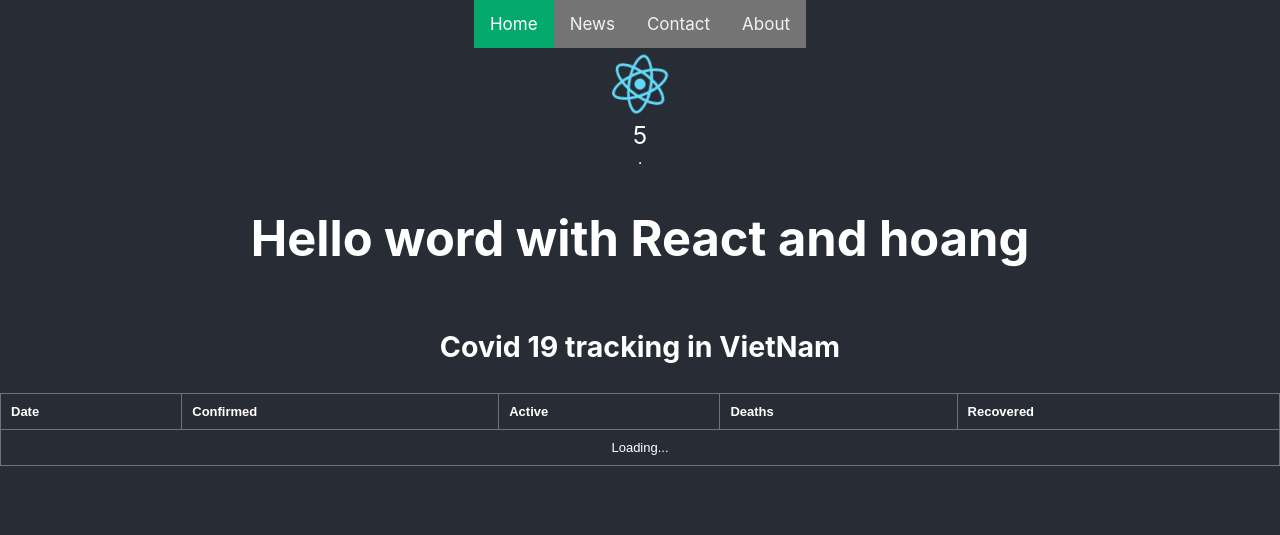
Repository: hoang0508/ReactJsHookBasic
Page: /todo
An editor plug-in stored every save of this project. The page is shown before and after a run of saves, followed by the edit.
The browser window is 1280 px wide. The pictures show the whole page.
The page's requests for data from a server got no answer. The project was rebuilt for these pictures with package versions that can differ from the ones it lists, and the page was loaded fresh each time. No one was signed in, and anything a server would have sent is missing. Also part of the build but not shown: src/views/Todo.js.

Above is the page before, as saved 2021-11-14 22:11:54.

### src/App.js
import logo from "./logo.svg";
import "./App.css";
import Nav from "./views/Nav";
import { useState, useEffect } from "react";
import Todo from "./views/Todo";
import Covid from "./views/covid";
import { Countdown, newCountDown } from "./views/Countdown";
// template + logic
// JSX
// babel
function App() {
  // state
  // let name = "Hoang";
  // useState (hook)
  let [name, setName] = useState("hoang");
  const [address, setAddress] = useState("");
  const [todos, setTodos] = useState([
    { id: "todo1", title: "My school EPU", type: "hoang" },
    { id: "todo2", title: "Doing homework", type: "huy" },
  ]);

  // didmount
  useEffect(() => {
    console.log("run use effect");
  }, [address]);

  useEffect(() => {
    console.log("run use effect todo");
  }, [todos]);

  const handleEventClick = (event) => {
    // setName(address); // setName re render
    // console.log("click me", name);
    // hook not merge state
    if (!address) {
      alert("empty input");
      return;
    }
    let newTodo = {
      id: Math.floor(Math.random() * 1000),
      title: address,
      type: "hoang",
    };
    setTodos([...todos, newTodo]); // spread
    setAddress("");
  };
  const handleOnchangeInput = (event) => {
    setAddress(event.target.value);
    // console.log(event.target.value);
  };
  const deleteDataTodo = (id) => {
    let currentTodos = todos;
    currentTodos = currentTodos.filter((item) => item.id !== id);
    setTodos(currentTodos);
  };

  const onTimesup = () => {
    alert("times up");
  };
  return (
    <div className="App">
      <header className="App-header">
        <Nav />
        <img src={logo} className="App-logo" alt="logo" />
        <Countdown onTimesup={onTimesup} />
        <hr />
        <newCountDown />
        <h1>Hello word with React and {name}</h1>
        <Covid />
        {/* <Todo
          todos={todos}
          title={"All todos"}
          deleteDataTodo={deleteDataTodo}
        />
        <Todo
          todos={todos.filter((item) => item.type === "hoang")}
          title={"Hoang's todo"}
          deleteDataTodo={deleteDataTodo}
        />
        <input
          type="text"
          value={address}
          onChange={(event) => handleOnchangeInput(event)}
        />
        <button type="button" onClick={(event) => handleEventClick(event)}>
          Click me
        </button> */}
      </header>
    </div>
  );
}

export default App;

### src/App.css
.App {
  text-align: center;
}

.App-logo {
  height: 10vmin;
  pointer-events: none;
}

@media (prefers-reduced-motion: no-preference) {
  .App-logo {
    animation: App-logo-spin infinite 20s linear;
  }
}

.App-header {
  background-color: #282c34;
  min-height: 100vh;
  display: flex;
  flex-direction: column;
  align-items: center;
  /* justify-content: center; */
  font-size: calc(10px + 2vmin);
  color: white;
}

.App-link {
  color: #61dafb;
}

@keyframes App-logo-spin {
  from {
    transform: rotate(0deg);
  }
  to {
    transform: rotate(360deg);
  }
}

table {
  font-family: arial, sans-serif;
  border-collapse: collapse;
  width: 100%;
  font-size: 13px;
}

td,
th {
  border: 1px solid #747171;
  text-align: left;
  padding: 10px;
}

tr:nth-child(even) {
  background-color: #545454;
}

### src/views/Nav.js
import "./Nav.scss";
const Nav = () => {
  return (
    <div className="topnav">
      <a className="active" href="#home">
        Home
      </a>
      <a href="#news">News</a>
      <a href="#contact">Contact</a>
      <a href="#about">About</a>
    </div>
  );
};

export default Nav;

### src/views/covid.js
import moment from "moment";
import { useEffect, useState } from "react";
import useFetch from "../customize/fetch";
const Covid = () => {
  const today = new Date(new Date().setHours(0, 0, 0, 0));
  const priorDate = moment().subtract(31, "days");
  const {
    data: dataCovid,
    isloading,
    isError,
  } = useFetch(
    `https://api.covid19api.com/country/vietnam?from=${priorDate.toISOString()}&to=${today.toISOString()}`
  );
  return (
    <>
      <h3>Covid 19 tracking in VietNam</h3>
      <table>
        <thead>
          <tr>
            <th>Date</th>
            <th>Confirmed</th>
            <th>Active</th>
            <th>Deaths</th>
            <th>Recovered</th>
          </tr>
        </thead>
        <tbody>
          {isError === false &&
            isloading === false &&
            dataCovid &&
            dataCovid.length > 0 &&
            dataCovid.map((item) => {
              return (
                <tr key={item.ID}>
                  <td>{item.Date}</td>
                  <td>{item.Confirmed}</td>
                  <td>{item.Active}</td>
                  <td>{item.Deaths}</td>
                  <td>{item.Recovered}</td>
                </tr>
              );
            })}

          {isloading === true && (
            <tr>
              <td colSpan="5" style={{ textAlign: "center" }}>
                Loading...
              </td>
            </tr>
          )}

          {isError === true && (
            <tr>
              <td colSpan="5" style={{ textAlign: "center" }}>
                Something wrong ...
              </td>
            </tr>
          )}
        </tbody>
      </table>
    </>
  );
};

export default Covid;

### src/views/Countdown.js
import React from "react";
class Countdown extends React.Component {
  state = {
    count: 10,
  };
  componentDidMount() {
    // setTimeout(() => {
    //   console.log("me");
    // }, 1000);

    this.timer = setInterval(() => {
      this.setState({
        count: this.state.count - 1,
      });
    }, 1000);
  }
  componentDidUpdate(prevProps, prevState) {
    if (prevState !== this.state.count && this.state.count === 0) {
      if (this.timer) {
        clearInterval(this.timer);
        this.props.onTimesup();
      }
    }
  }
  render() {
    return <div>{this.state.count}</div>;
  }
}

// export default Countdown;

const newCountDown = () => {
  return <div>60 hooks</div>;
};

export { Countdown, newCountDown };

### src/views/Nav.scss
.topnav {
  overflow: hidden;
  background-color: #747474;
  a {
    float: left;
    color: #f2f2f2;
    text-align: center;
    padding: 14px 16px;
    text-decoration: none;
    font-size: 17px;
  }
  a:hover {
    background-color: #ddd;
    color: black;
  }
  a.active {
    background-color: #04aa6d;
    color: white;
  }
}

### src/customize/fetch.js
import { useEffect, useState } from "react";
import axios from "axios";
import moment from "moment";
const useFetch = (url) => {
  const [data, setData] = useState([]);
  const [isloading, setIsLoading] = useState(true);
  const [isError, setIsError] = useState(false);
  // componentDidmount
  useEffect(() => {
    try {
      async function fetchData() {
        let reponse = await axios.get(url);
        let data = reponse && reponse.data ? reponse.data : [];
        if (data && data.length > 0) {
          data.map((item) => {
            item.Date = moment(item.Date).format("DD/MM/YYYY");
            return item;
          });
          data = data.reverse();
        }
        setData(data);
        setIsLoading(false);
        setIsError(false);
      }
      fetchData();
    } catch (e) {
      setIsError(true);
      setIsLoading(false);
    }
  }, []);

  return {
    data,
    isloading,
    isError,
  };
};

export default useFetch;

Loaded but not shown: public/index.html (common file); src/index.js (common file); src/index.css (common file); src/reportWebVitals.js (common file)

After the next 2 saves:
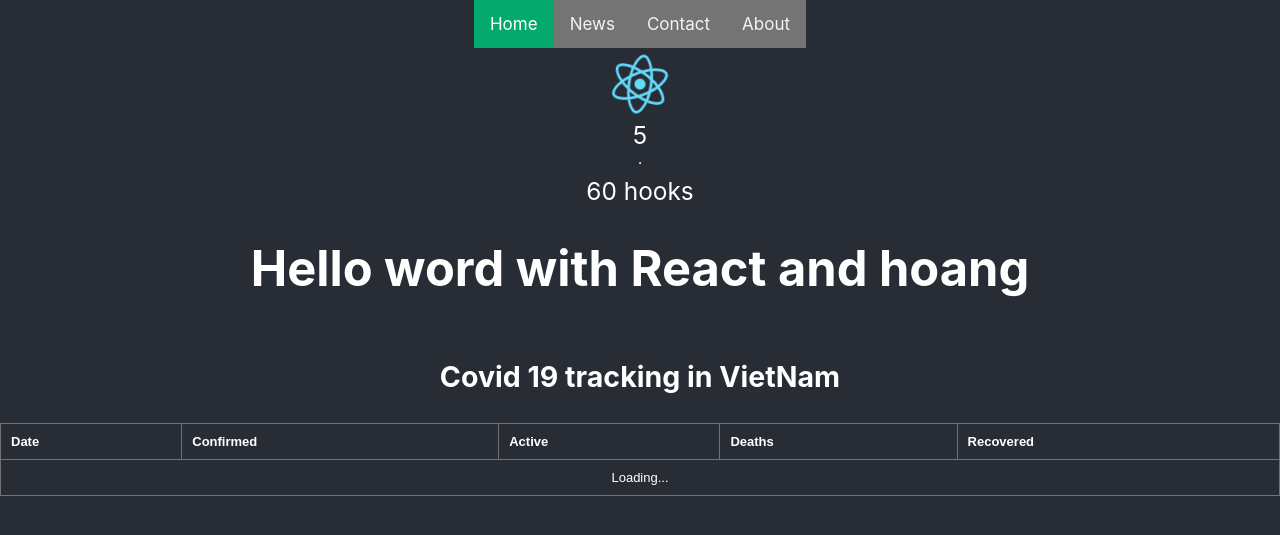
The 2 saves are shown as one change because 1 did not build or start.
The last was saved 106 s later.
--- a/src/App.js
+++ b/src/App.js
@@ -4,7 +4,7 @@
 import { useState, useEffect } from "react";
 import Todo from "./views/Todo";
 import Covid from "./views/covid";
-import { Countdown, newCountDown } from "./views/Countdown";
+import { Countdown, NewCountDown } from "./views/Countdown";
 // template + logic
 // JSX
 // babel
@@ -64,7 +64,7 @@
         <img src={logo} className="App-logo" alt="logo" />
         <Countdown onTimesup={onTimesup} />
         <hr />
-        <newCountDown />
+        <NewCountDown />
         <h1>Hello word with React and {name}</h1>
         <Covid />
         {/* <Todo
--- a/src/views/Countdown.js
+++ b/src/views/Countdown.js
@@ -29,8 +29,8 @@
 
 // export default Countdown;
 
-const newCountDown = () => {
+const NewCountDown = () => {
   return <div>60 hooks</div>;
 };
 
-export { Countdown, newCountDown };
+export { Countdown, NewCountDown };
